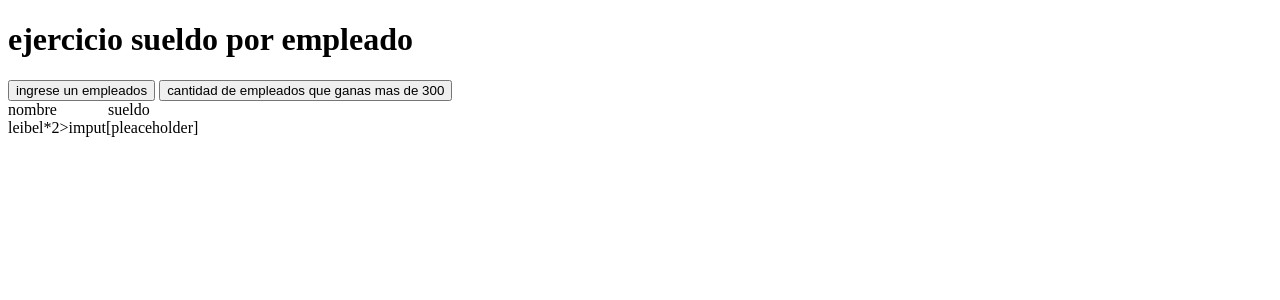
Repository: wolfmarcos/Ej-FormSesionEmpleados
Page: sueldoempleado.html
An editor plug-in stored every save of this project. The page is shown before and after the next save, followed by the edit.
The browser window is 1280 px wide. The pictures show the whole page.

Above is the page before, as saved 2022-07-26 11:53:16.

### sueldoempleado.html
<!DOCTYPE html>
<html lang="en">
<head>
    <meta charset="UTF-8">
    <meta http-equiv="X-UA-Compatible" content="IE=edge">
    <meta name="viewport" content="width=device-width, initial-scale=1.0">
    <link rel="stylesheet" href="ej1.css">
    <title>Document</title>
</head>
<body>
    <h1>ejercicio sueldo por empleado</h1>
    <button id="agregarHTML">ingrese un empleados</button>

    <button id="empleadosMas300">cantidad de empleados que ganas mas de 300 </button>

    <div class="contenedorR">
        <div>nombre</div>
        <div>sueldo</div>
        <div class="datos"></div>

</div>


    <script src="ej1.js"></script>
</body>

<div>

    <form action="">
leibel*2>imput[pleaceholder]


    </form>


</div>



</html>

### ej1.css
.contenedorR{ display: grid;

    grid-template-columns: repeat(2 ,100px)}

### ej1.js
// En una empresa trabajan n empleados cuyos  nombre y sueldo se carga por un formulario desde el celular. sueldos oscilan entre $100 y $500,
//  realizar un programa que lea los sueldos que cobra cada empleado e informe cuántos empleados cobran menos de  $200  en una tabla y mas de $300  en otra tabla
//  recuerde cargar los datos como  un nuevo objeto. Además el programa deberá informar el importe que gasta la empresa en sueldos total del personal.
let aprobados = 0;
let i= 0;
let repeticion = true;
resu=document.querySelector(".contenedorR2")

datos=document.querySelector(".datos")
// let arrayDesaprobados = []
const empleados = [];
let resud="";

// let emp = new Empleados;
document.querySelector("#agregarHTML").addEventListener("click", (e) => {


    while(repeticion == true){
        let nombre= prompt("empleado: ");
        let sueldo= parseInt(prompt("sueldo: "));
        //   empleados[i]=[nombre,sueldo,(i+"pepito") ] ;
        //  empleados[i].push(nombre,sueldo );
        empleados[i]={nomebres:nombre,sueldos:sueldo,id:(i+"pepito") }
        i = i + 1;
        repeticion=confirm("ingresar otro  empleado")
    };
    //   Object.values()
    for (let cada of empleados){console.log(cada.sueldos);};


});


// empleados.forEach( cada => console.log( cada["nomebres"]));


document.querySelector("#empleadosMas300").addEventListener("click", (e) => {
    console.log(typeof empleados[0].sueldos)
const emas300= empleados.filter((x)=>x.sueldos>300)
console.log(emas300)
for (let cada of emas300){console.log( cada[1]);};


for (n of emas300){
    resud+= `<div>${n.nomebres}</div>  <div>${n.sueldos}</div>`
    // '<div>'+n.nomebres+'</div>'+'<div>'+n.sueldos+'</div>'
    ___________________________
    //     <div>${n.nomebres}</div>
    //      <div>${n.sueldos}</div>
    ___________________________

console.log(resud)

}
___________________________
// datos.outerHTML=
// `<div class="contenedorR">
// <div>nombre</div>
// <div>sueldo</div>
// ${resud}
// </div>`
___________________________
datos.outerHTML=resud;



})



 // let sueldo= parseFloat(prompt("suldo: "));
        //  new emp(nombre,sueldo)

// console.log("aprobaron: " + aprobados)
// console.log(arrayAprobados);
// console.log("desaprobaron: " + desaprobados)
// console.log(arrayDesaprobados);

After the next save:
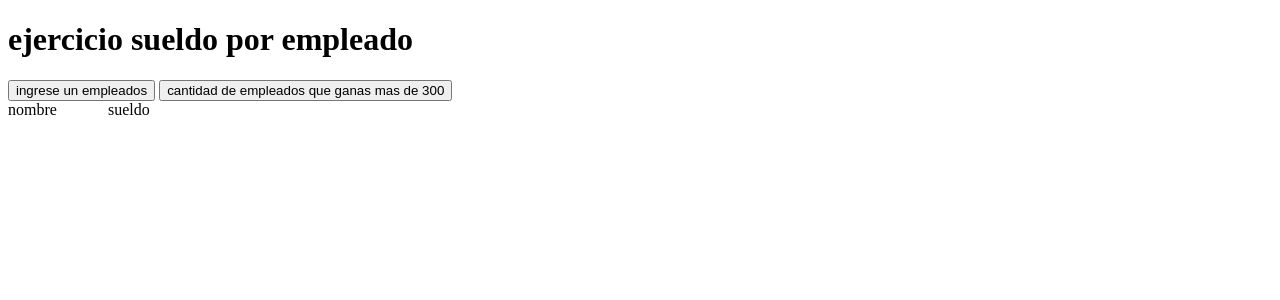
Saved 6 s later.
--- a/sueldoempleado.html
+++ b/sueldoempleado.html
@@ -27,7 +27,12 @@
 <div>
 
     <form action="">
-leibel*2>imput[pleaceholder]
+<leibel>
+    <imput pleaceholder=""></imput>
+</leibel>
+<leibel>
+    <imput pleaceholder=""></imput>
+</leibel>
 
 
     </form>
